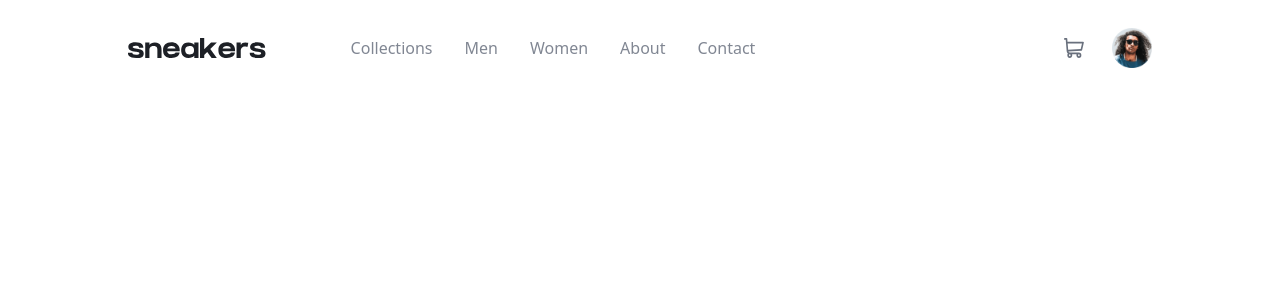
Repository: Sef24/product-design-sneakers
Page: /
The author's editor kept a copy of each file at every save. The page is drawn from the files as they stood at one save, then again after the next save.
The browser window is 1280 px wide. The pictures show the whole page.
The project was rebuilt for these pictures with package versions that can differ from the ones it lists, and the page was loaded fresh each time.

Above is the page before, as saved 2022-06-11 21:26:30.

After the next save:
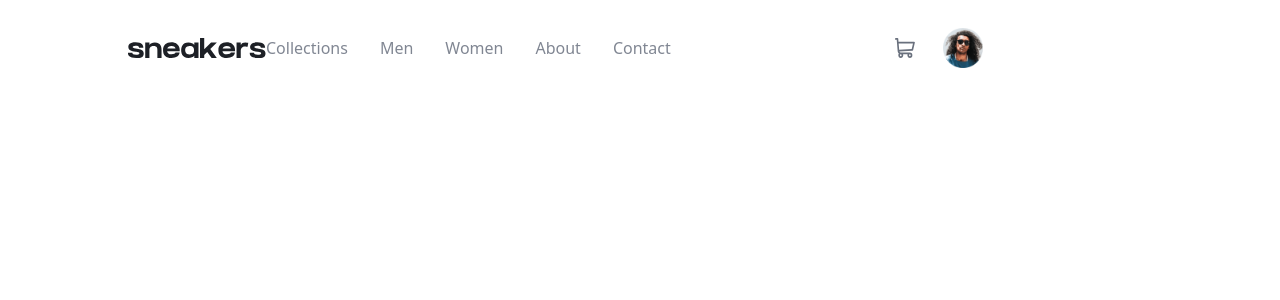
Saved 9 s later.
--- a/src/components/Nav.js
+++ b/src/components/Nav.js
@@ -5,7 +5,7 @@
 
 function Nav() {
   return (
-    <main className="">
+    <main className="flex">
       <section className="flex items-center justify-between mx-32 pt-7">
         <div>
           <img src={logo} alt="" className="h-5" />

After the save that followed:
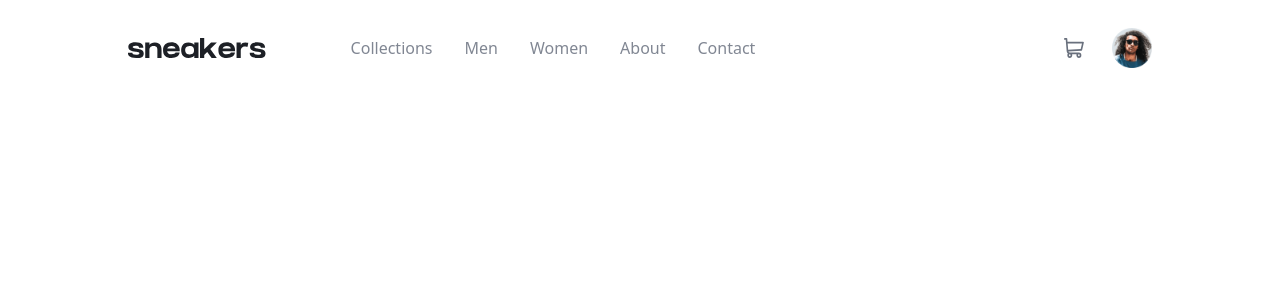
Saved 10 s later.
--- a/src/components/Nav.js
+++ b/src/components/Nav.js
@@ -5,7 +5,7 @@
 
 function Nav() {
   return (
-    <main className="flex">
+    <main className="bottom-b-2">
       <section className="flex items-center justify-between mx-32 pt-7">
         <div>
           <img src={logo} alt="" className="h-5" />
